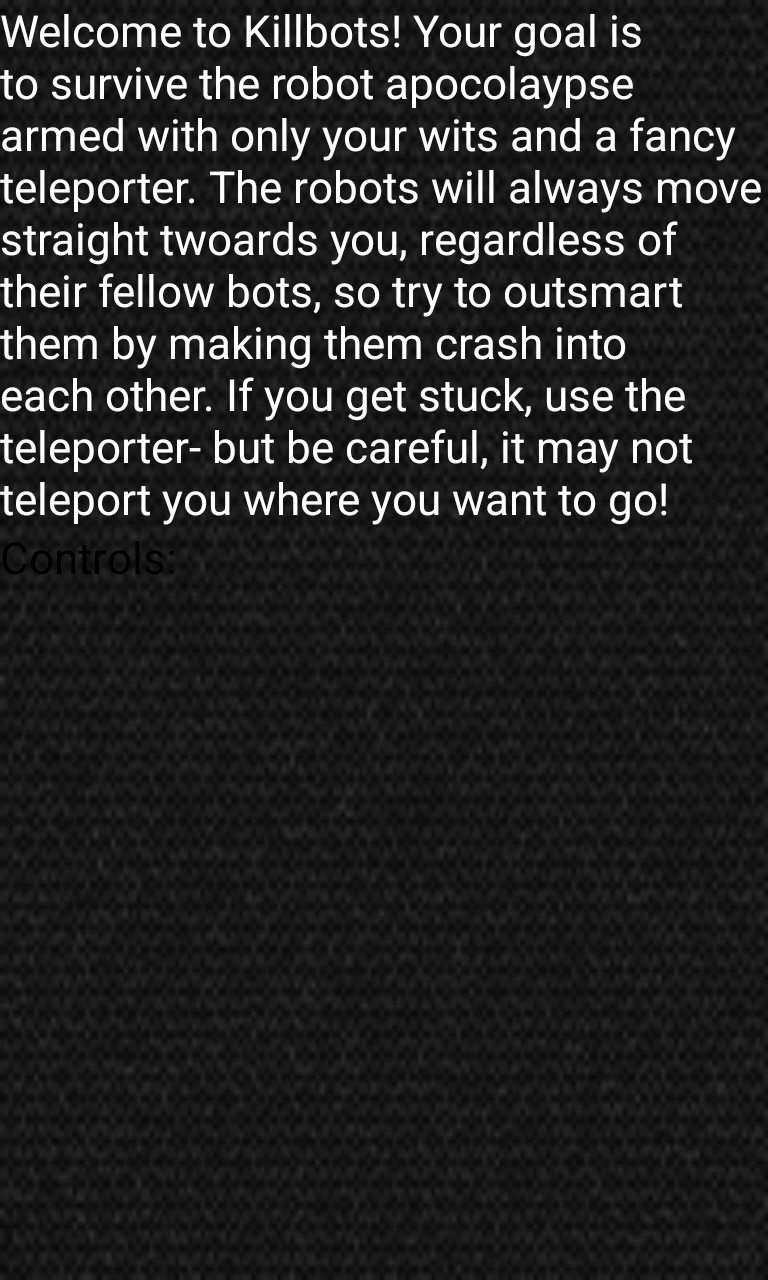
Repository: Tacohen/Killbots
Layout: Killbots/res/layout/how_to_play.xml
The author's editor kept a copy of each file at every save. The layout is drawn from the files as they stood at one save, then again after the next save.
It is drawn on a 768 x 1280 px phone screen (xhdpi) without system bars, with theme AppTheme; the app's code is not run.

Above is the layout before, as saved 2013-12-09 01:40:25.

After the next save:
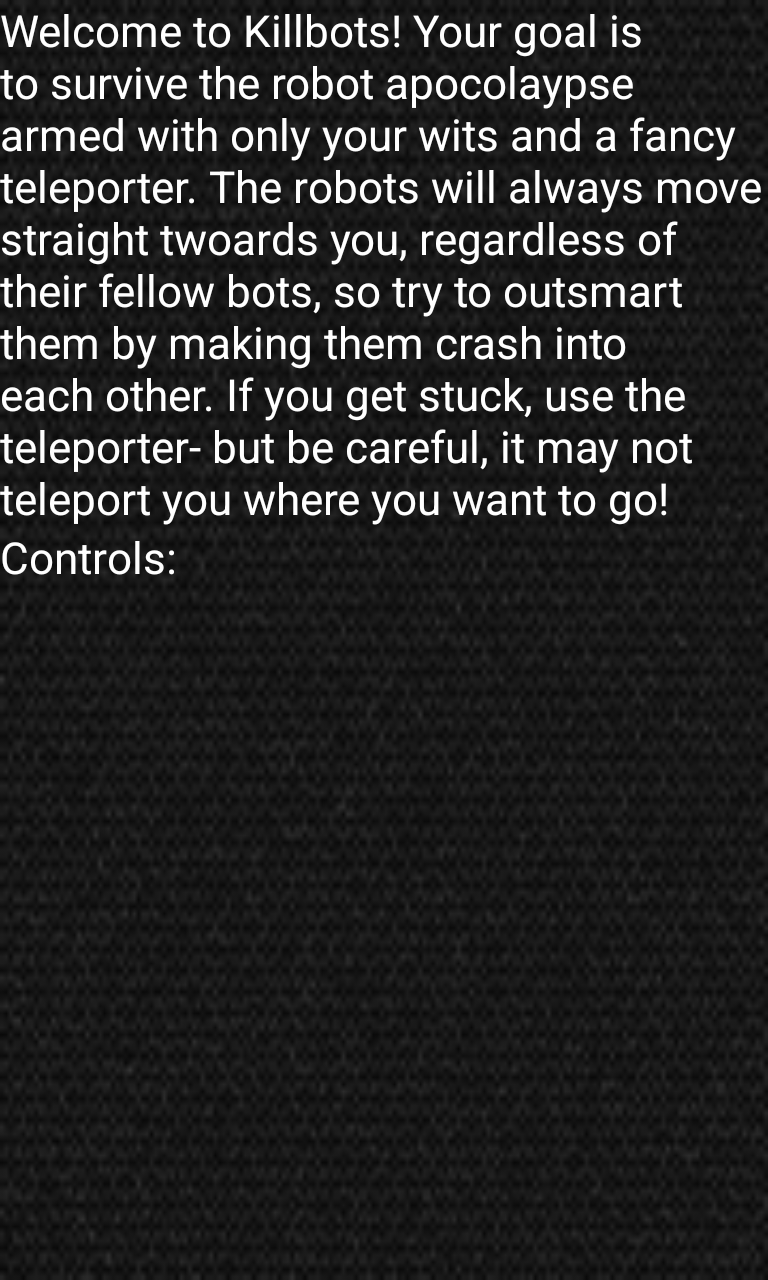
Saved 2 min 19 s later.
--- a/Killbots/res/layout/how_to_play.xml
+++ b/Killbots/res/layout/how_to_play.xml
@@ -17,6 +17,7 @@
         android:id="@+id/controlsText"
         android:layout_width="wrap_content"
         android:layout_height="wrap_content"
+        android:textColor="#FFFFFF"
         android:text="Controls:"
         android:textAppearance="?android:attr/textAppearanceLarge" />
 
